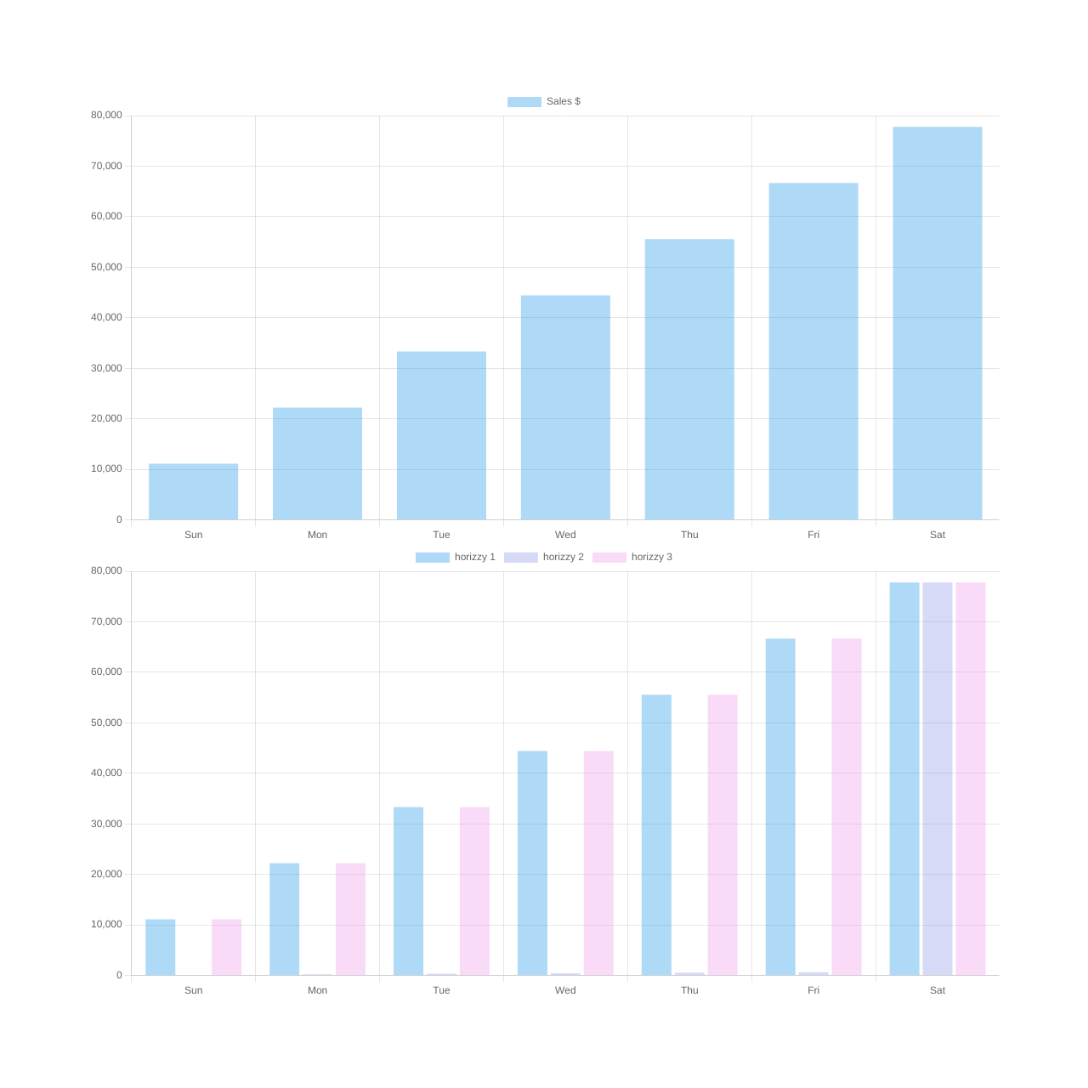
Repository: madelinestruthers/exercise-5
Page: /
These files come from the project's save history. The page is drawn as it stood at one moment and after the next save; the edit follows.
The browser window is 1280 px wide. The pictures show the whole page, at 85% of full size.
The project was rebuilt for these pictures with package versions that can differ from the ones it lists, and the page was loaded fresh each time. The framework's server and built-in components were replaced by stand-ins that run in the browser. Also part of the build but not shown: next.config.mjs.

Above is the page before, as saved 2024-04-15 10:33:11.

After the next save:
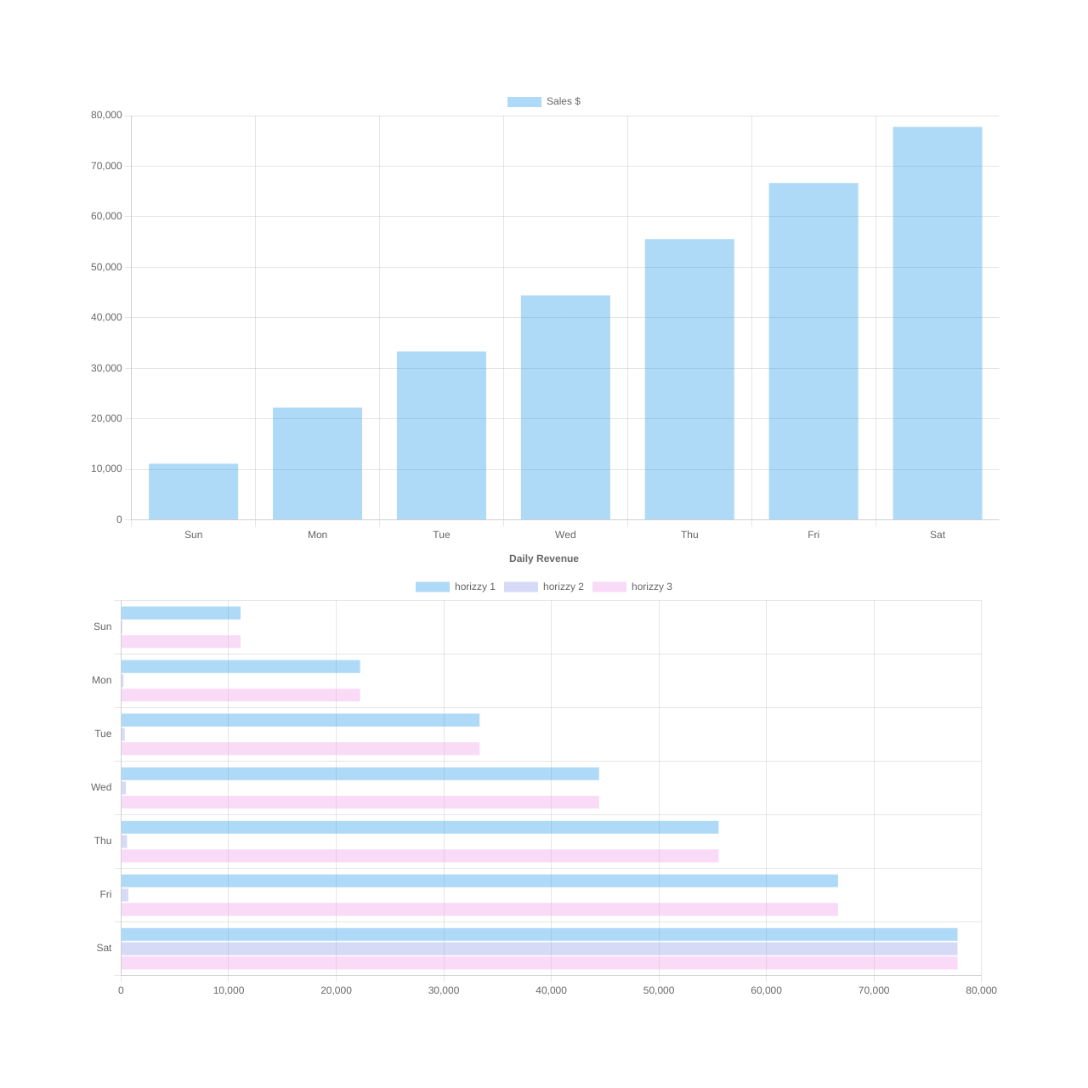
Saved 35 s later.
--- a/components/HorizontalChart/index.js
+++ b/components/HorizontalChart/index.js
@@ -70,7 +70,7 @@ export default function HorizontalChart(){
 
     return(
         <>
-        <Bar data={chartData} option={chartOptions} style={{width:"500px", height: "300px"}}/>
+        <Bar data={chartData} options={chartOptions} style={{width:"500px", height: "300px"}}/>
         </>
     )
 }
